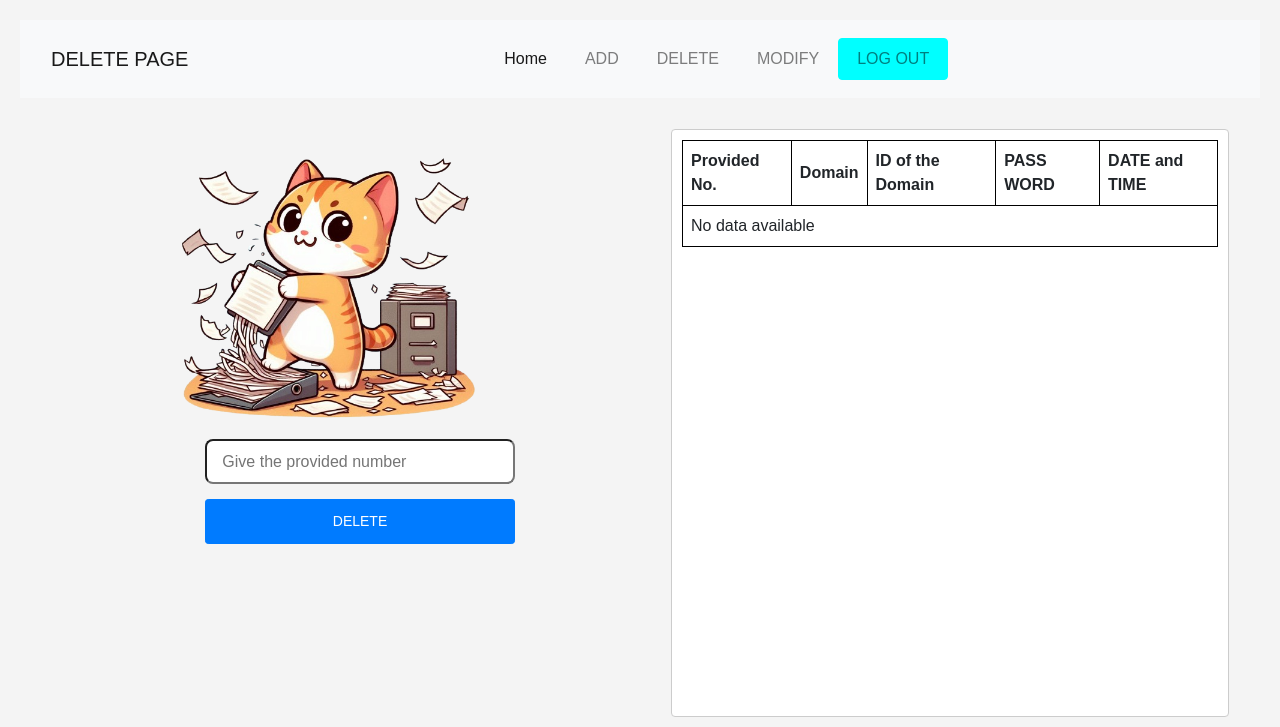
Repository: wizzy-abhishek/Projects
Page: http://localhost/Iam_Doing/Delete.jsp
The author's editor kept a copy of each file at every save. The page is drawn from the files as they stood at one save, then again after the next save.
The browser window is 1280 px wide. The pictures show the whole page.
Some web libraries are served in a nearby version. The page is served by Tomcat 10. Nobody is signed in. The application's start-up code is not run. Other server files are loaded and not shown.

Above is the page before, as saved 2024-06-28 22:35:59.

### Iam_Doing/src/main/webapp/Delete.jsp
<%@ page language="java" contentType="text/html; charset=UTF-8"
    pageEncoding="UTF-8"%>
<%@ page import="java.util.List" %>
<%@ page import="com.pojo.RealInfo" %>
<%@ page import="java.util.ArrayList" %>

<!DOCTYPE html>
<html lang="en">
<head>
    <meta charset="UTF-8">
    <meta name="viewport" content="width=device-width, initial-scale=1.0">
    <link href="https://stackpath.bootstrapcdn.com/bootstrap/4.5.2/css/bootstrap.min.css" rel="stylesheet">
    <link rel="stylesheet" href="GeneralDegine.css">
    <title>DELETE</title>
    <link href="WEBSITE_LOGO.png" rel="icon" type="image/x-icon">

</head>
<body>
<%response.setHeader("Cache-Control", "no-cache , no-store , must-revalidate");
	response.setHeader("Pragma", "no-cache");
%>
<nav class="navbar navbar-expand-lg navbar-light bg-light w-100">
  <div class="container-fluid">
    <a class="navbar-brand">DELETE PAGE</a>
    <div class="collapse navbar-collapse" id="navbarNav">
      <ul class="navbar-nav mx-auto">
        <li class="nav-item">
          <form action="LoggedIn" method="post">
            <button type="submit" class="btn nav-link active" aria-current="page">Home</button>
          </form>
        </li>
        <li class="nav-item">
          <form action="Add_Details" method="post">
            <button type="submit" class="btn nav-link">ADD</button>
          </form>
        </li>
        <li class="nav-item">
          <form action="Deleted" method="post">
            <button type="submit" class="btn nav-link">DELETE</button>
          </form>
        </li>
        <li class="nav-item">
          <form action="Modifying" method="post">
            <button type="submit" class="btn nav-link">MODIFY</button>
          </form>
        </li>
        <li class="nav-item">
          <form action="Logout" method="post">
            <button type="submit" class="btn nav-link logout-btn">LOG OUT</button>
          </form>
        </li>
      </ul>
    </div>
  </div>
</nav>

<div class="left-column">
    <div class="header text-center">
    <img src="Delete.png" alt="Website Logo" height="300" width="300" >
    </div>


    <form action="Deleted" method="post">
        <div class="form-group">
            <input type="text" name="Provided_number" placeholder=" &nbsp Give the provided number " required style="width: 310px; height: 45px; margin: 10px auto;">
        </div>
        <div class="form-group">
            <button type="submit" class="btn btn-primary btn-sm"  style="width: 310px; height: 45px; margin: 0 auto;">DELETE</button>
        </div>
    </form>
</div>
<hr>

<div class="right-column">
    <div class="scrollable-table">
        <table>
            <thead>
                <tr>
                    <th>Provided No.</th>
                    <th>Domain</th>
                    <th>ID of the Domain</th>
                    <th>PASS WORD</th>
                    <th>DATE and TIME</th>
                </tr>
            </thead>
            <tbody id="table-body">
                <%
                    List<RealInfo> realInfoList = (List<RealInfo>) session.getAttribute("realInfoList");
                    if (realInfoList != null) {
                        int providedNo = 1;
                        for (RealInfo info : realInfoList) {
                            %>
                            <tr>
                                <td><%= info.getId() %></td>
                                <td><%= info.getDomain() %></td>
                                <td><%= info.getUserID() %></td>
                                <td><%= info.getPassword() %></td>
                                <td><%= info.getAddDate() %></td>
                            </tr>
                            <%
                        }
                    } else {
                        %>
                        <tr>
                            <td colspan="5">No data available</td>
                        </tr>
                        <%
                    }
                %>
            </tbody>
        </table>
    </div>
</div>

<script src="https://code.jquery.com/jquery-3.5.1.slim.min.js"></script>
<script src="https://cdn.jsdelivr.net/npm/@popperjs/core@2.5.4/dist/umd/popper.min.js"></script>
<script src="https://stackpath.bootstrapcdn.com/bootstrap/4.5.2/js/bootstrap.min.js"></script>
</body>
</html>

### Iam_Doing/src/main/webapp/GeneralDegine.css
@charset "UTF-8";
 body {
            font-family: 'Arial', sans-serif;
            margin: 0;
            padding: 20px;
            display: flex;
            justify-content: center;
            align-items: flex-start;
            flex-wrap: wrap;
            height: 100vh;
            background-color: #f4f4f4;
        }

        .left-column, .right-column {
            width: 45%;
            margin: 2.5%;
        }

        .scrollable-table {
            overflow-y: auto;
            height: calc(90vh - 60px);
            border: 1px solid #ccc;
            border-radius: 4px;
            padding: 10px;
            background-color: #fff;
            margin-bottom: 10px;
        }

        table {
            width: 100%;
            border-collapse: collapse;
        }

        table, th, td {
            border: 1px solid black;
        }

        th, td {
            padding: 8px;
            text-align: left;
        }

        form input, form button {
            display: block;
            width: 100%;
            margin-bottom: 10px;
            border-radius: 8px;
            margin-down: 10px;
            margin-right: 20px;
            margin-top: 10px;
        }

        .form-group {
            width: 250px;
            height: 60px;
            margin: 0 auto;
        }

        .header text-center {
            width: 300px;
            height: 300px;
            margin: 15px auto;
            background-color: #ddd;
            border: 1px solid #ccc;
            display: flex;
            justify-content: center;
            align-items: center;
            font-size: 14px;
            color: #777;
        }

        .logout-btn {
            background-color: cyan !important;
            border-color: cyan !important;
        }

        @media (max-width: 768px) {
            .left-column, .right-column {
                width: 100%;
                order: 1;
            }

            .scrollable-table {
                height: auto;
            }
        }

After the next save:
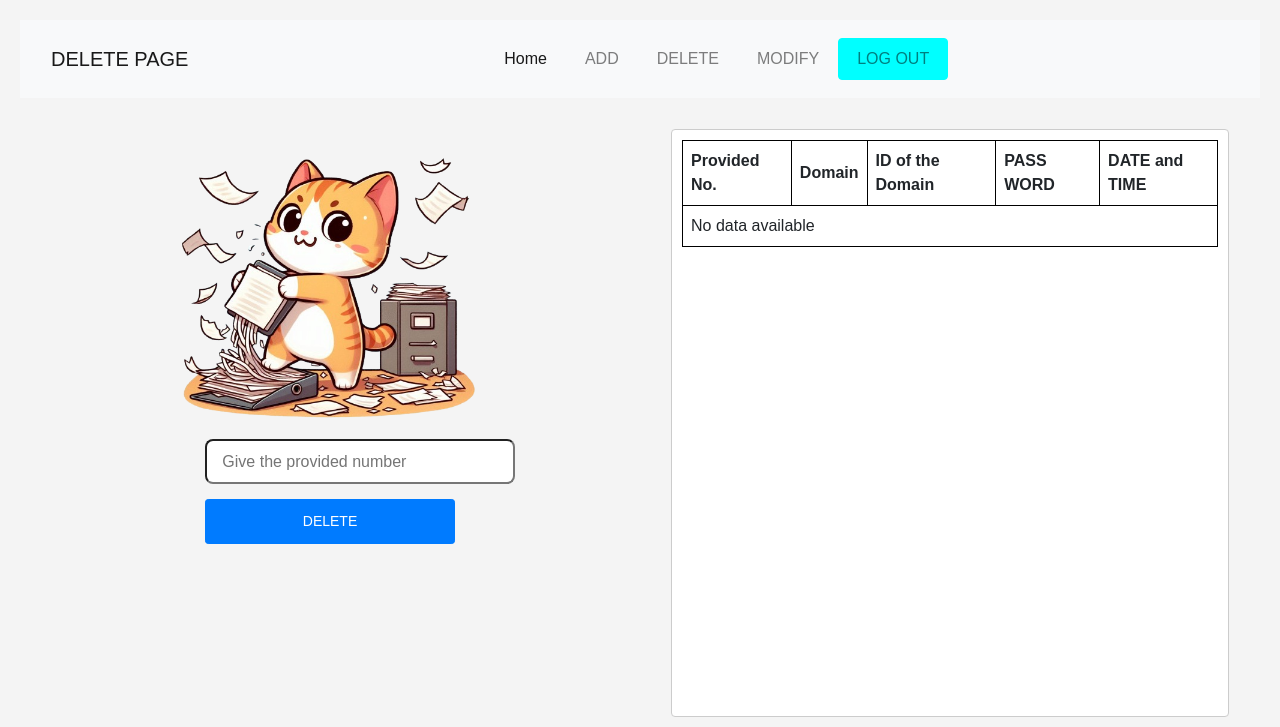
Saved 23 s later.
--- a/Iam_Doing/src/main/webapp/Delete.jsp
+++ b/Iam_Doing/src/main/webapp/Delete.jsp
@@ -65,7 +65,7 @@
             <input type="text" name="Provided_number" placeholder=" &nbsp Give the provided number " required style="width: 310px; height: 45px; margin: 10px auto;">
         </div>
         <div class="form-group">
-            <button type="submit" class="btn btn-primary btn-sm"  style="width: 310px; height: 45px; margin: 0 auto;">DELETE</button>
+            <button type="submit" class="btn btn-primary btn-sm"  style="width: 250px; height: 45px; margin: 0 auto;">DELETE</button>
         </div>
     </form>
 </div>
